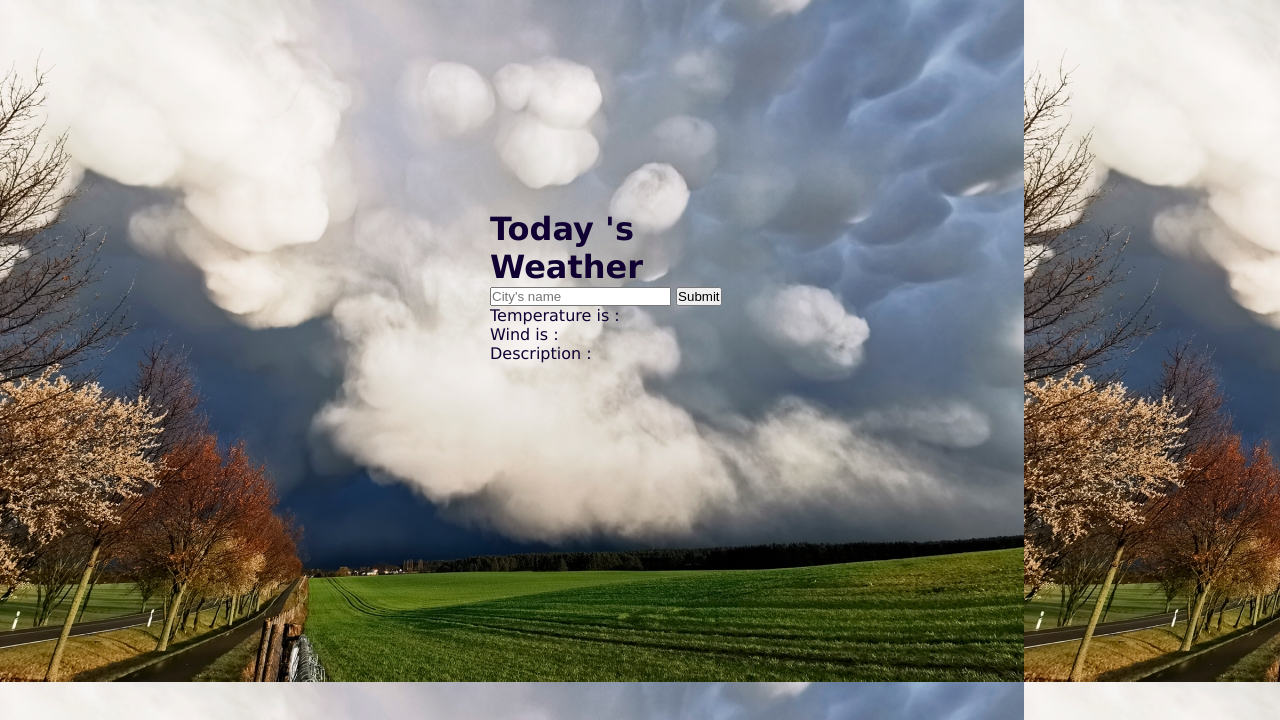
Repository: heartbreathing/searchWeather
Page: index.html
These files come from the project's save history. The page is drawn as it stood at one moment and after the next save; the edit follows.
The browser window is 1280 px wide. The pictures show the whole page.

Above is the page before, as saved 2022-11-06 22:37:26.

After the next save:
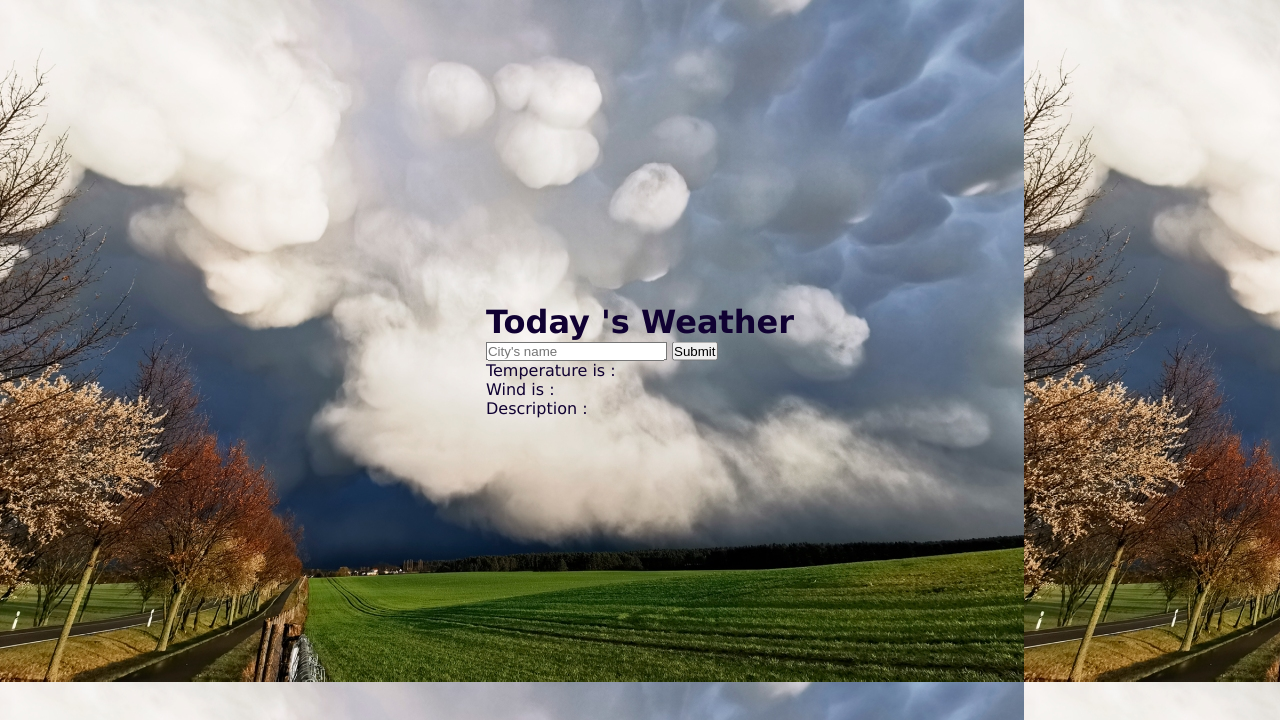
Saved 18 s later.
--- a/index.css
+++ b/index.css
@@ -11,8 +11,8 @@ body {
 .content {
     position: absolute;
     display: block;
-    width: 300px;
-    height: 300px;
+    /* width: 300px;
+    height: 300px; */
     top:50%;
     left:50%;
     transform: translate(-50%, -50%);
